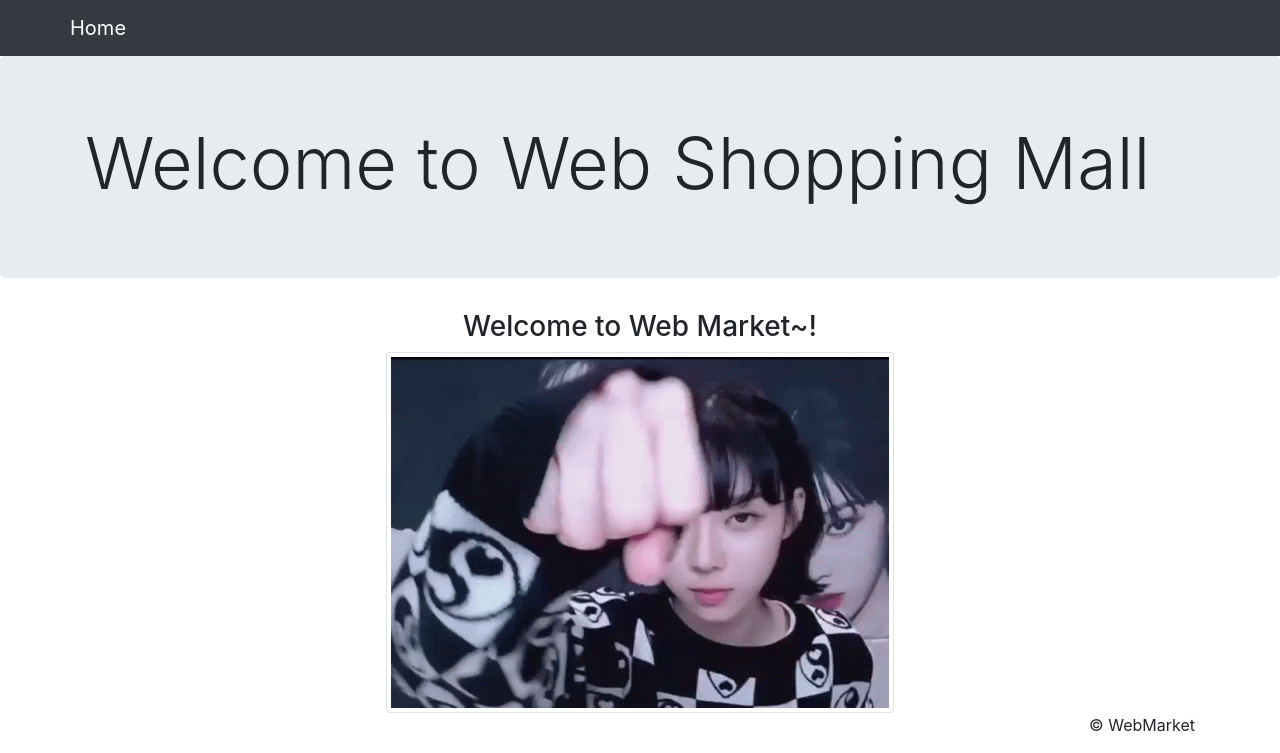
Repository: mi-ci/ai
Page: http://localhost/WebMarket/welcome.jsp
The author's editor kept a copy of each file at every save. The page is drawn from the files as they stood at one save, then again after the next save.
The browser window is 1280 px wide. The pictures show the whole page.
The page is served by Tomcat 9.

Above is the page before, as saved 2024-01-17 04:04:49.

After the next save:
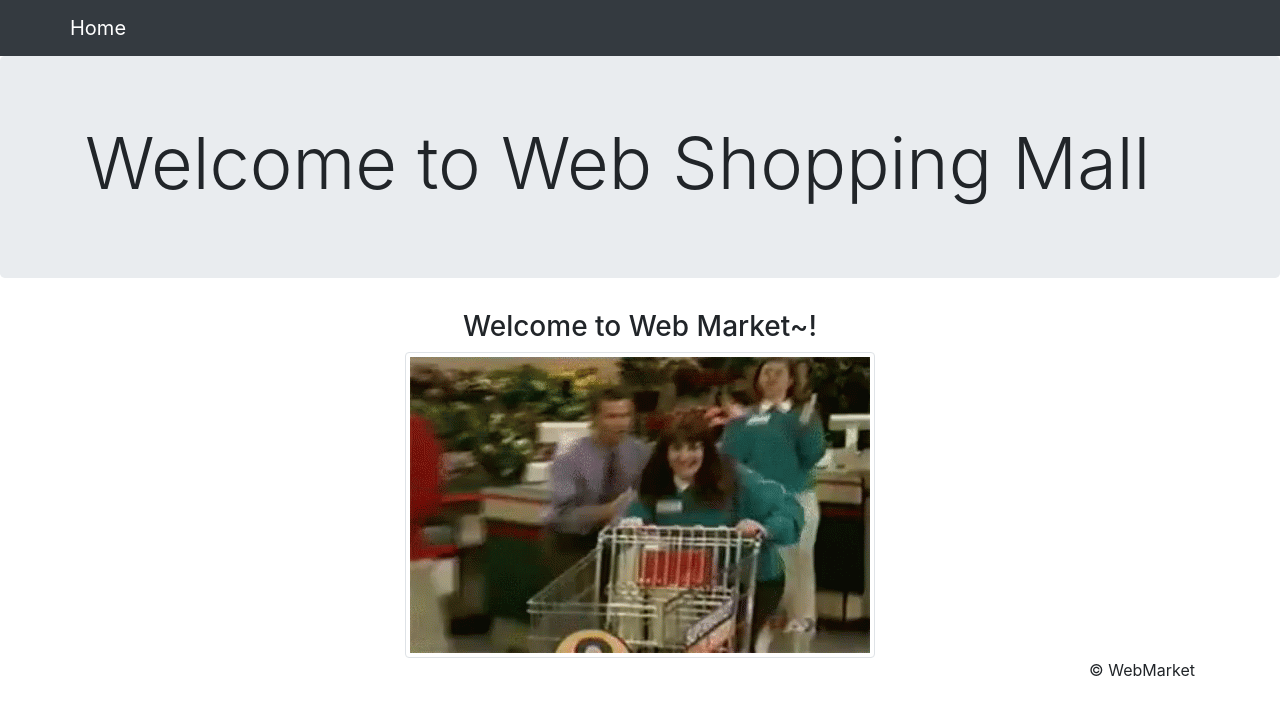
Saved 116 s later.
--- a/WebMarket/src/main/webapp/welcome.jsp
+++ b/WebMarket/src/main/webapp/welcome.jsp
@@ -22,7 +22,7 @@
 		<div class = "container">
 			<div class = "text-center">
 				<h3><%= tagline %></h3>
-				<img src="images/aespa-winter-aespa.gif" alt="redsnail" class="img-thumbnail">
+				<img src="images/christmas-shopping-run.gif" alt="redsnail" class="img-thumbnail">
 			</div>
 		</div>
 
